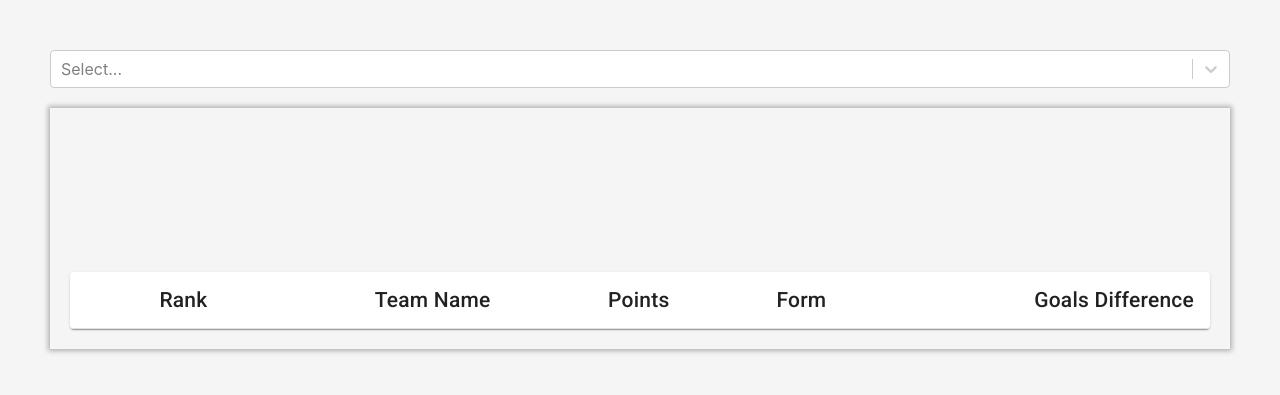
Repository: JorSargsyan/FootballApp
Page: /
An editor plug-in stored every save of this project. The page is shown before and after the next save, followed by the edit.
The browser window is 1280 px wide. The pictures show the whole page.
The page's requests for data from a server got no answer. The project was rebuilt for these pictures with package versions that can differ from the ones it lists, and the page was loaded fresh each time. No one was signed in, and anything a server would have sent is missing.

Above is the page before, as saved 2019-07-13 16:56:58.

After the next save:
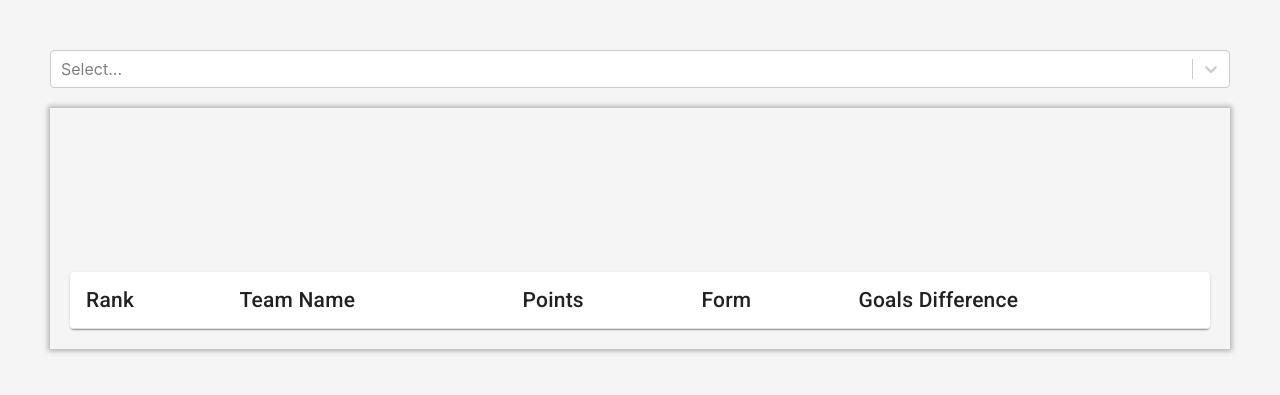
Saved 17 s later.
--- a/src/components/common/Table.js
+++ b/src/components/common/Table.js
@@ -36,7 +36,7 @@ export default function SimpleTable({data,header}) {
           <TableRow>
             {
                 header.map((x,i)=>{
-                    return <TableCell className={classes.tableTd} key={i} align="right">{x.name}</TableCell>
+                    return <TableCell className={classes.tableTd} key={i} align="left">{x.name}</TableCell>
                 })
             }
           </TableRow>
